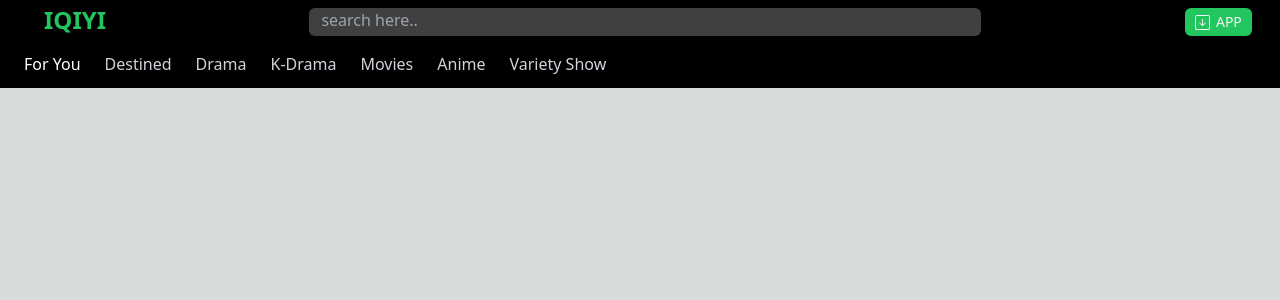
Repository: cozocozy/iqiyi-clone
Page: /
The author's editor kept a copy of each file at every save. The page is drawn from the files as they stood at one save, then again after the next save.
The browser window is 1280 px wide. The pictures show the whole page.
The project was rebuilt for these pictures with package versions that can differ from the ones it lists, and the page was loaded fresh each time. The framework's server and built-in components were replaced by stand-ins that run in the browser. Also part of the build but not shown: next.config.js.

Above is the page before, as saved 2023-07-16 10:38:00.

After the next save:
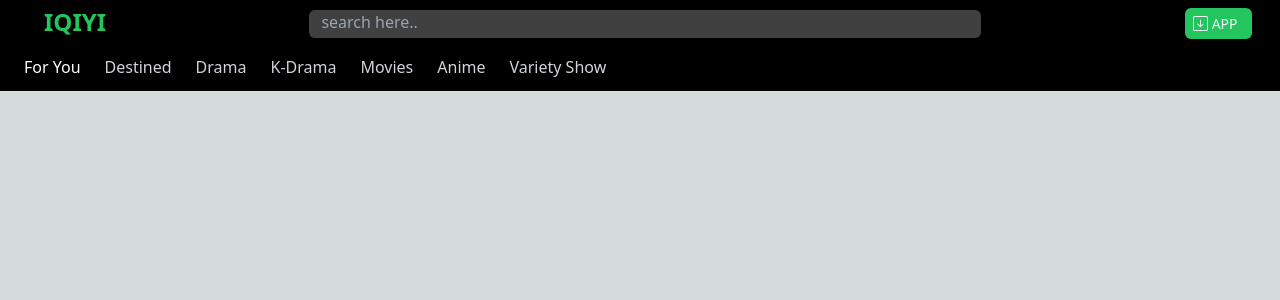
Saved 11 s later.
--- a/pages/components/Header.tsx
+++ b/pages/components/Header.tsx
@@ -18,8 +18,8 @@
           </button> */}
           <input className="rounded rounded-md bg-neutral-700 w-full max-w-2xl pl-3 pb-1" placeholder="search here.." autoComplete="off"></input>
         </div>
-        <button className="flex flex-row mr-7 mt-1 rounded rounded-md p-1 w-20 mx-3 bg-green-500 text-gray-100 justify-evenly items-center">
-          <div className="">
+        <button className="flex flex-row mr-7 mt-1 rounded rounded-md p-1 w-20 mx-3 bg-green-500 text-gray-100 items-center">
+          <div className="p-1">
             <BsArrowDownSquare size={15} />
           </div>
           <p className="text-sm">APP</p>

After the save that followed:
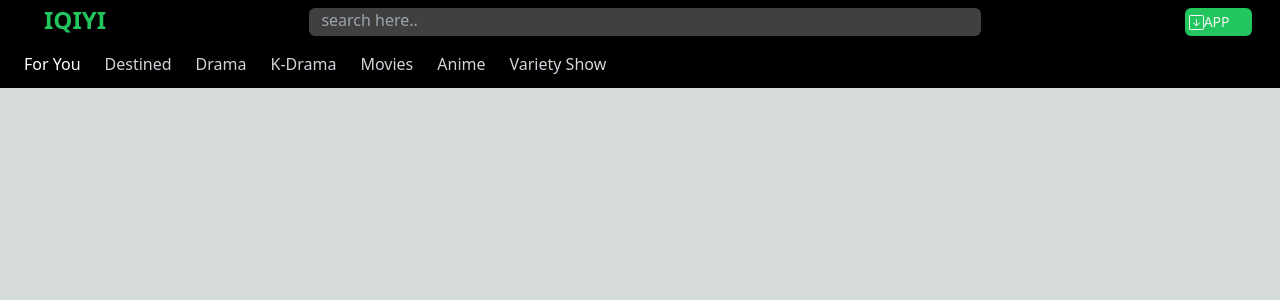
Saved 10 s later.
--- a/pages/components/Header.tsx
+++ b/pages/components/Header.tsx
@@ -19,7 +19,7 @@
           <input className="rounded rounded-md bg-neutral-700 w-full max-w-2xl pl-3 pb-1" placeholder="search here.." autoComplete="off"></input>
         </div>
         <button className="flex flex-row mr-7 mt-1 rounded rounded-md p-1 w-20 mx-3 bg-green-500 text-gray-100 items-center">
-          <div className="p-1">
+          <div className="">
             <BsArrowDownSquare size={15} />
           </div>
           <p className="text-sm">APP</p>
